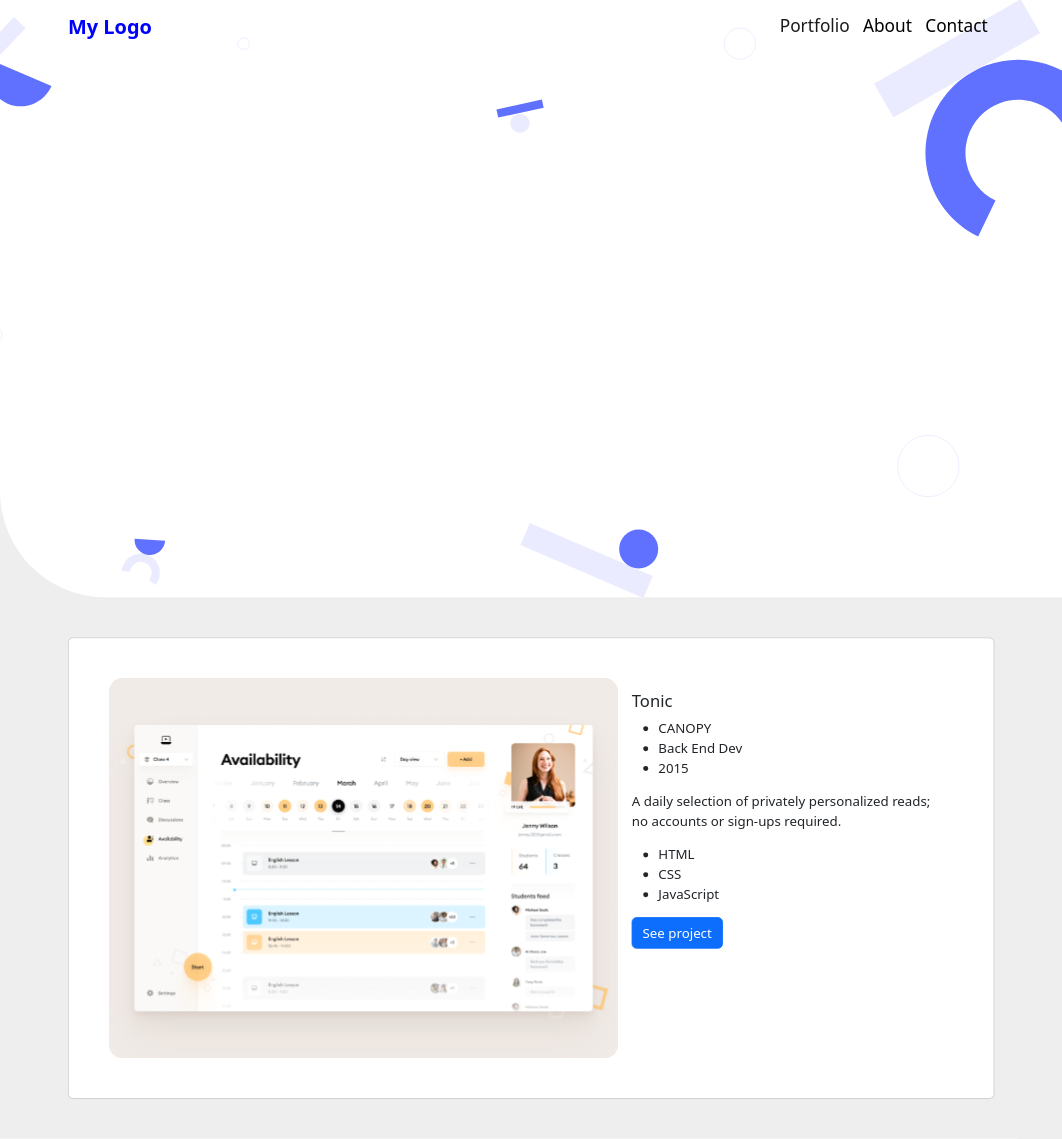
Repository: waelelsafty07/Bootstrap-Portfolio
Page: index.html
An editor plug-in stored every save of this project. The page is shown before and after a run of saves, followed by the edit.
The browser window is 1280 px wide. The pictures show the whole page, at 83% of full size.

Above is the page before, as saved 2023-04-04 16:25:59.

### index.html
<!DOCTYPE html>
<html lang="en">
<head>
    <meta charset="UTF-8">
    <meta http-equiv="X-UA-Compatible" content="IE=edge">
    <meta name="viewport" content="width=device-width, initial-scale=1.0">
    <title>Portfolio</title>
    <link rel="stylesheet" href="css/bootstrap.min.css"/>
    <link rel="stylesheet" href="styles.css"/>
</head>
<body>
    <header>
        <nav class="navbar navbar-expand-lg navbar-light">
            <div class="container">
              <a class="navbar-brand" href="#">My Logo</a>
              <button class="navbar-toggler" type="button" data-bs-toggle="collapse" data-bs-target="#navbarNav" aria-controls="navbarNav" aria-expanded="false" aria-label="Toggle navigation">
                <span class="navbar-toggler-icon"></span>
              </button>
              <div class="collapse navbar-collapse flex-row-reverse" id="navbarNav">
                <ul class="navbar-nav">
                  <li class="nav-item">
                    <a class="nav-link active" aria-current="page" href="#">Portfolio</a>
                  </li>
                  <li class="nav-item">
                    <a class="nav-link" href="#">About</a>
                  </li>
                  <li class="nav-item">
                    <a class="nav-link" href="#">Contact</a>
                  </li>
                </ul>
              </div>
            </div>
          </nav>
    </header>
    <main>
      <section id="works" class="works m-5">
        <div class="container">
          <div class="card flex-row p-5">
            <img src="images/Snapshoot Portfolio (1).svg" class="card-img-top" alt="...">
            <div class="card-body">
              <h5 class="card-title">Tonic</h5>
              <ul>
                <li>CANOPY</li>
                <li>Back End Dev</li>
                <li>2015</li>
              </ul>
              <p class="card-text">A daily selection of privately personalized reads; no accounts or sign-ups required.</p>
              <ul>
                <li>HTML</li>
                <li>CSS</li>
                <li>JavaScript</li>
              </ul>
              <a href="#" class="btn btn-primary">See project</a>
            </div>
          </div>
        </div>
      </section>
    </main>

    <script src="js/bootstrap.bundle.min.js"></script>
</body>
</html>

### styles.css
body {
  background-color: #eee;
}
header {
  background-color: #fff;
  background-image: url("images/Header\ bg.svg");
  background-repeat: no-repeat;
  background-position: center;
  height: 100vh;
  border-bottom-left-radius: 8rem;
}
nav .navbar-brand {
  font-weight: bold;
  font-size: 1.5rem;
  color: blue;
}
nav .nav-link {
  font-weight: 500;
  font-size: 1.3rem;
  color: #000;
}

Loaded but not shown: css/bootstrap.min.css (library); js/bootstrap.bundle.min.js (library)

After the next 4 saves:
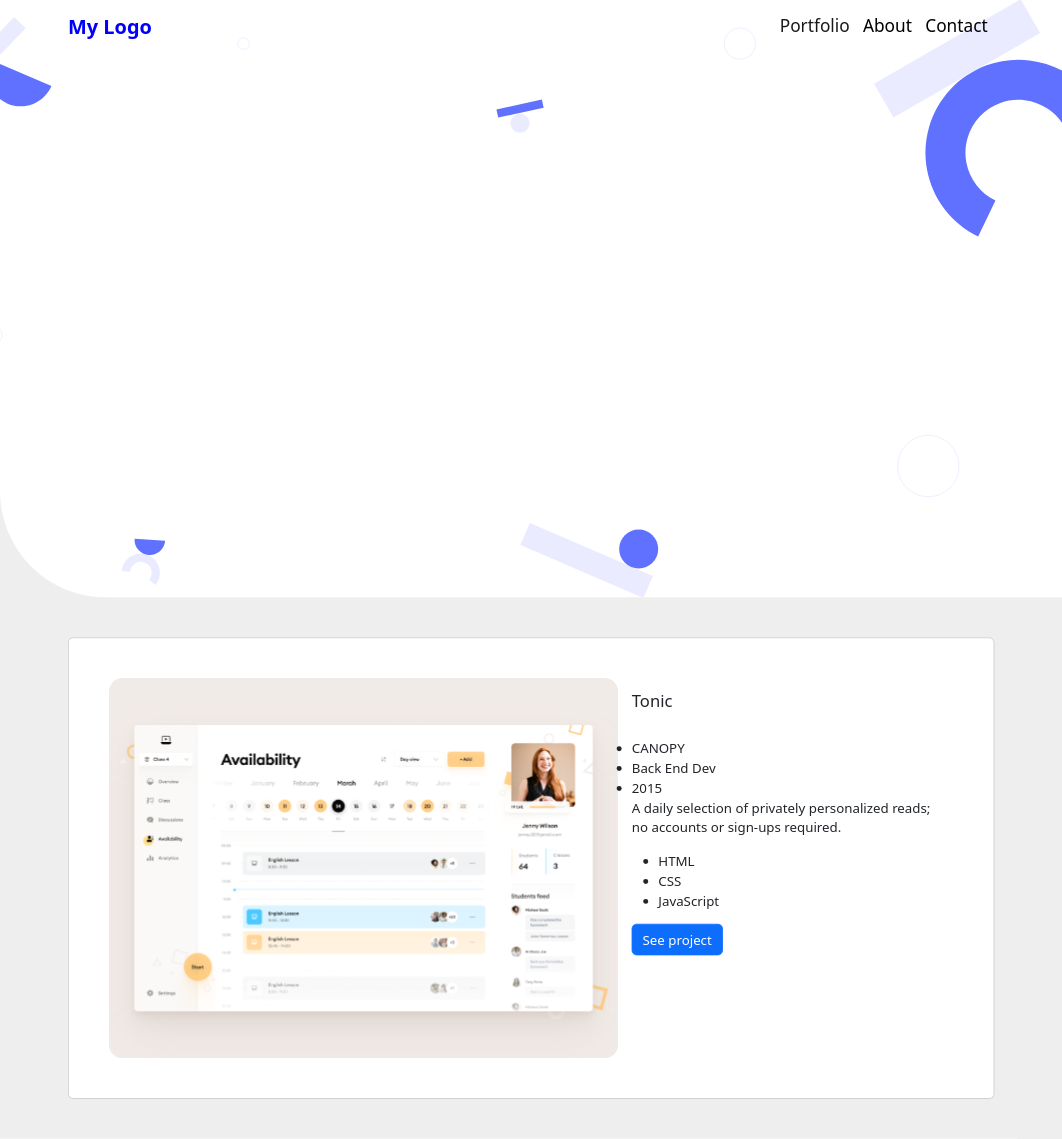
The 4 saves are shown as one change because they came seconds apart.
The last was saved 74 s later.
--- a/index.html
+++ b/index.html
@@ -39,7 +39,7 @@
             <img src="images/Snapshoot Portfolio (1).svg" class="card-img-top" alt="...">
             <div class="card-body">
               <h5 class="card-title">Tonic</h5>
-              <ul>
+              <ul class="d-inline">
                 <li>CANOPY</li>
                 <li>Back End Dev</li>
                 <li>2015</li>

After the save that followed:
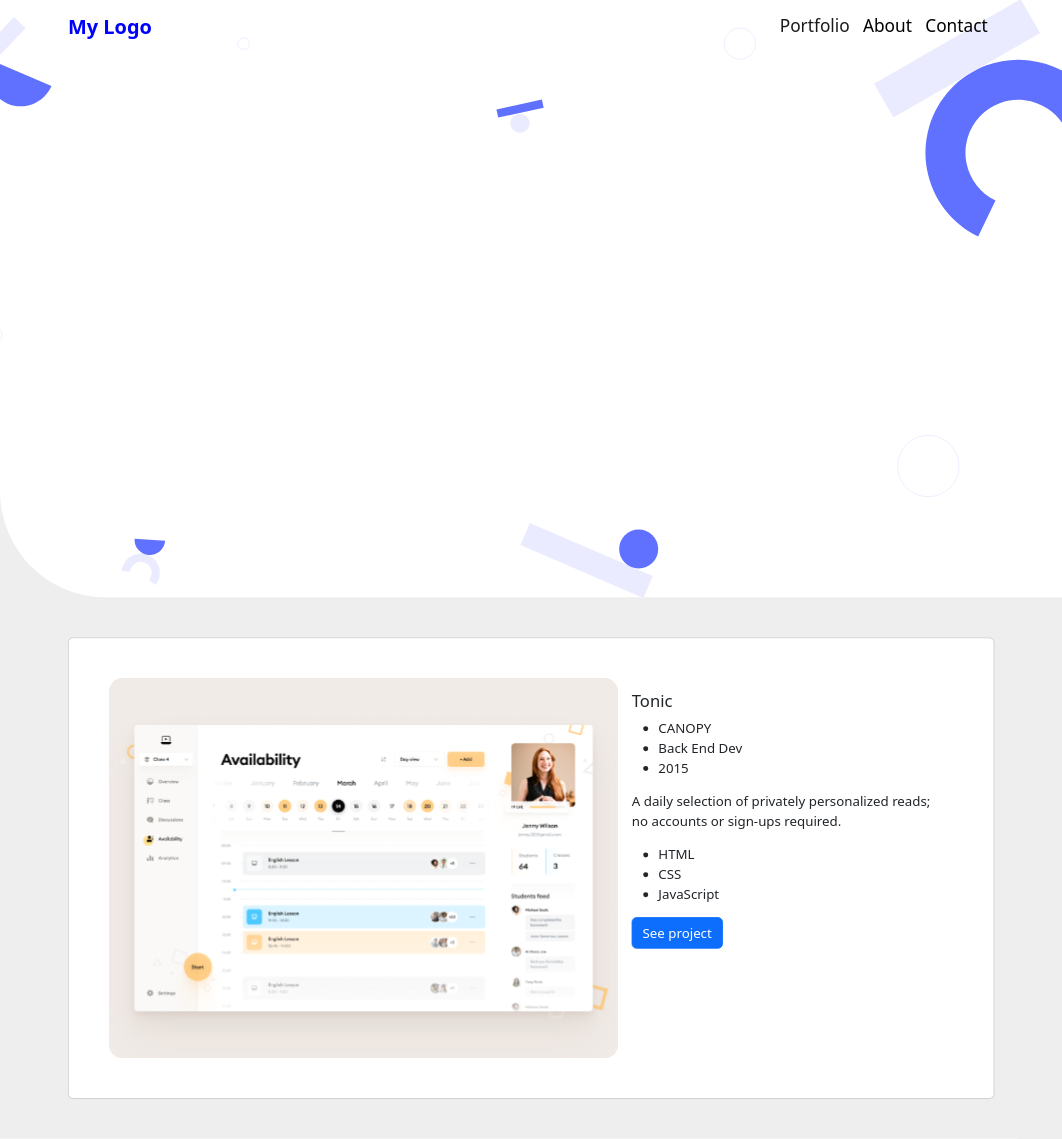
Saved 7 s later.
--- a/index.html
+++ b/index.html
@@ -39,7 +39,7 @@
             <img src="images/Snapshoot Portfolio (1).svg" class="card-img-top" alt="...">
             <div class="card-body">
               <h5 class="card-title">Tonic</h5>
-              <ul class="d-inline">
+              <ul class="d-inline-block">
                 <li>CANOPY</li>
                 <li>Back End Dev</li>
                 <li>2015</li>
